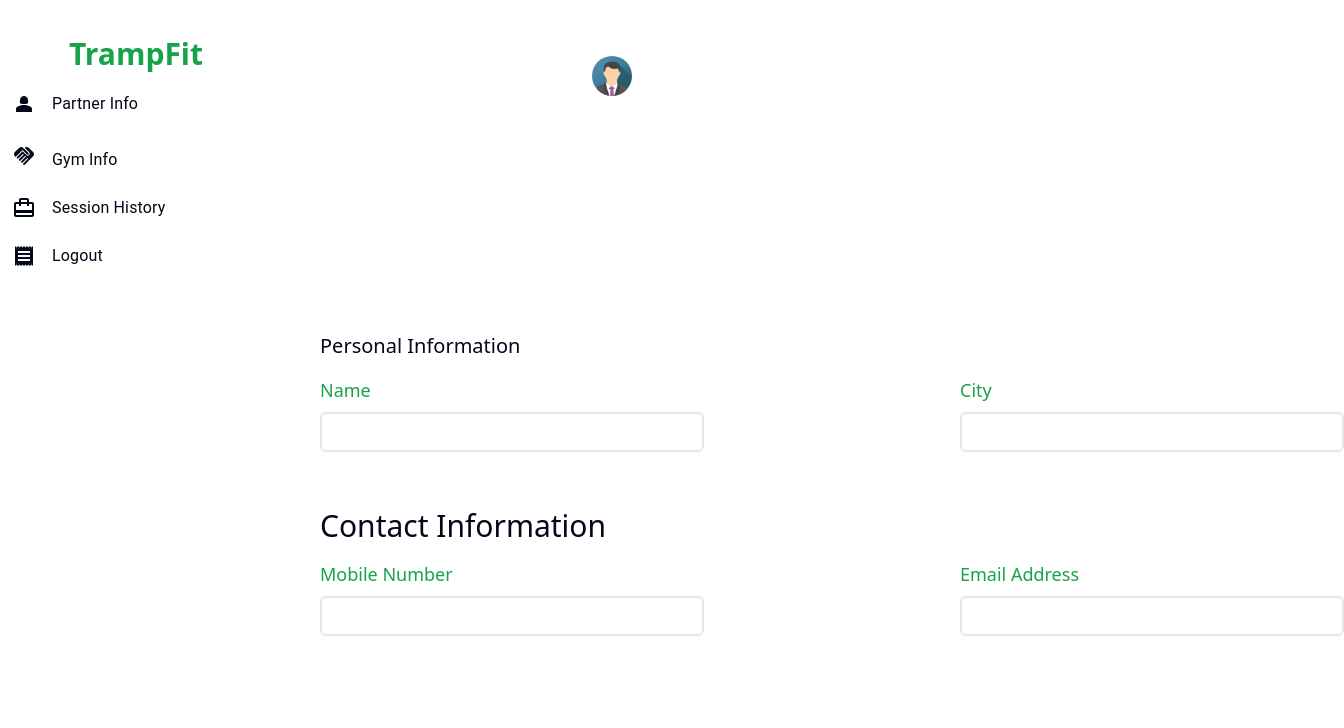
Repository: ezioxatul/TrampFit-Website
Page: /partner/partnerDashboard/partnerInfo (app in Frontend/)
An editor plug-in stored every save of this project. The page is shown before and after the next save, followed by the edit.
The browser window is 1280 px wide. The page is 1344 px wide, so the pictures cover 1344 px, including what lies to the right of the window. The pictures show the whole page.
The project was rebuilt for these pictures with package versions that can differ from the ones it lists, and the page was loaded fresh each time. The framework's server and built-in components were replaced by stand-ins that run in the browser. Also part of the build but not shown: Frontend/next.config.js, Frontend/next.config.mjs, Frontend/components/Loader.js, Frontend/components/Popup.js.

Above is the page before, as saved 2024-05-16 17:46:03.

### Frontend/pages/_app.js
import Loader from "@/components/Loader";
import "@/styles/globals.css";
import { useRouter } from "next/router";
import { useEffect, useState } from "react";


const Loading = () => {

  return (
    <Loader/>
  );
}

export default function App({ Component, pageProps }) {

  const [loading, setLoading] = useState(false);
  const router = useRouter();

  useEffect(() => {
    const handleStart = () => setLoading(true);
    const handleComplete = () => setLoading(false);

    router.events.on('routeChangeStart', handleStart);
    router.events.on('routeChangeComplete', handleComplete);
    router.events.on('routeChangeError', handleComplete);

    return () => {
      router.events.off('routeChangeStart', handleStart);
      router.events.off('routeChangeComplete', handleComplete);
      router.events.off('routeChangeError', handleComplete);
    };
  }, []);

  return (
    <>
    <div className="h-2">
      {
        loading  &&
          <Loading />

      }
      </div>
          <Component {...pageProps} />

    </>
  );
}

### Frontend/pages/_document.js
import { Html, Head, Main, NextScript } from "next/document";

export default function Document() {
  return (
    <Html lang="en">
          <Head />
          <body>
            <Main />
            <NextScript />
          </body>
        </Html>
        );
}

### Frontend/pages/partner/partnerDashboard/partnerInfo.js
import PartnerSideBar from "@/components/PartnerSideBar";
import { Avatar } from "@mui/material";
import { Input } from "@/components/ui/input";
import { Label } from "@/components/ui/label";
import { useEffect, useState } from "react";
import { useRouter } from "next/router";
import { ToastContainer, toast } from "react-toastify";

export default function partnerInfo() {
    const inputClassName = "w-96 text-lg border-2";
    const labelClassName = "text-lg text-green-600 font-normal";
    const containerClassName = "ml-80";

    return (
        <>
            <div className="flex flex-col min-h-screen">
                <div className="flex">
                    <PartnerSideBar />
                    <div className={`${containerClassName} mt-12 ml-8`}>
                        <Avatar className="w-36 h-36 text-6xl bg-black" src="/avtar.png" />
                    </div>
                </div>
                <div>
                    <h1 className={`${containerClassName} text-xl mb-4`}>Personal Information</h1>
                    <div className={`${containerClassName} flex mb-10`}>
                        <div className="mr-32 space-y-2">
                            <Label htmlFor="name" className={labelClassName}>
                                Name
                            </Label>
                            <Input type="text" className={inputClassName} />
                        </div>
                        <div className="ml-32 space-y-2">
                            <Label htmlFor="city" className={labelClassName}>
                                City
                            </Label>
                            <Input type="text" className={inputClassName} />
                        </div>
                    </div>
                </div>
                <div>
                    <h1 className={`${containerClassName} text-3xl mb-4 mt-4`}>Contact Information</h1>
                    <div className={`${containerClassName} flex mb-10`}>
                        <div className="mr-32 space-y-2">
                            <Label htmlFor="name" className={labelClassName}>
                                Mobile Number
                            </Label>
                            <Input type="text" className={inputClassName} />
                        </div>
                        <div className="ml-32 space-y-2 mb-10">
                            <Label htmlFor="city" className={labelClassName}>
                                Email Address
                            </Label>
                            <Input type="text" className={inputClassName} />
                        </div>
                        <ToastContainer />
                    </div>
                </div>
            </div>
        </>
    );
}

### Frontend/styles/globals.css
@tailwind base;
@tailwind components;
@tailwind utilities;


@layer base {
  :root {
    --background: 0 0% 100%;
    --foreground: 222.2 84% 4.9%;

    --card: 0 0% 100%;
    --card-foreground: 222.2 84% 4.9%;

    --popover: 0 0% 100%;
    --popover-foreground: 222.2 84% 4.9%;

    --primary: 222.2 47.4% 11.2%;
    --primary-foreground: 210 40% 98%;

    --secondary: 210 40% 96.1%;
    --secondary-foreground: 222.2 47.4% 11.2%;

    --muted: 210 40% 96.1%;
    --muted-foreground: 215.4 16.3% 46.9%;

    --accent: 210 40% 96.1%;
    --accent-foreground: 222.2 47.4% 11.2%;

    --destructive: 0 84.2% 60.2%;
    --destructive-foreground: 210 40% 98%;

    --border: 214.3 31.8% 91.4%;
    --input: 214.3 31.8% 91.4%;
    --ring: 222.2 84% 4.9%;

    --radius: 0.5rem;
  }

  .dark {
    --background: 222.2 84% 4.9%;
    --foreground: 210 40% 98%;

    --card: 222.2 84% 4.9%;
    --card-foreground: 210 40% 98%;

    --popover: 222.2 84% 4.9%;
    --popover-foreground: 210 40% 98%;

    --primary: 210 40% 98%;
    --primary-foreground: 222.2 47.4% 11.2%;

    --secondary: 217.2 32.6% 17.5%;
    --secondary-foreground: 210 40% 98%;

    --muted: 217.2 32.6% 17.5%;
    --muted-foreground: 215 20.2% 65.1%;

    --accent: 217.2 32.6% 17.5%;
    --accent-foreground: 210 40% 98%;

    --destructive: 0 62.8% 30.6%;
    --destructive-foreground: 210 40% 98%;

    --border: 217.2 32.6% 17.5%;
    --input: 217.2 32.6% 17.5%;
    --ring: 212.7 26.8% 83.9%;
  }
}

@layer base {
  * {
    @apply border-border;
  }
  body {
    @apply bg-background text-foreground;
  }
}


.outline_remove:focus{


}
.focus-visible\:ring-offset-2:focus-visible{
  border:none !important;
  outline: none !important;
  border-style: none;
}

### Frontend/components/PartnerSideBar.js
import List from '@mui/material/List';
import ListItemButton from '@mui/material/ListItemButton';
import ListItemText from '@mui/material/ListItemText';
import Person2Icon from '@mui/icons-material/Person2';
import HandshakeIcon from '@mui/icons-material/Handshake';
import CardTravelIcon from '@mui/icons-material/CardTravel';
import ReceiptIcon from '@mui/icons-material/Receipt';
import LogoutIcon from '@mui/icons-material/Logout';

import { useState } from 'react';
import Link from 'next/link';
import Popup from './Popup';
import { useRouter } from 'next/router';

export default function PartnerSideBar() {

    let SideBarHeading = ['Partner Info', 'Gym Info', 'Session History', 'Logout'];

    let router = useRouter();
    let [start, setStart] = useState(false);

    const logout = () => {
        setStart(!start);
    }


    const logoutEvent = () => {
        localStorage.removeItem('partnerToken');
        setStart(false);
        router.push('/partner/partnerLogin')
    }
    return (
        <>
            <div className=" w-72  m-[-8px] p-1  mb-10">
                <Link href="#"><h1 className=' text-green-600 text-3xl font-semibold text-center mt-8 cursor-pointer'>TrampFit</h1></Link>

                <List className='bg-white mt-8 ml-6 space-y-2'>
                    {
                        SideBarHeading.map((text, index) => {
                            return (
                                index === 1 ?
                                    <>

                                        <ListItemButton className=' space-x-4 flex justify-between hover:bg-green-100 hover:rounded-2xl hover:text-green-600'>
                                            <Link href="#" className='flex space-x-4 '>
                                                <HandshakeIcon className='text-2xl' />
                                                <ListItemText primary={text} />
                                            </Link>
                                        </ListItemButton>

                                    </> :
                                    index === 0 ?
                                        <Link href="#">
                                            <ListItemButton className=' space-x-4 hover:bg-green-100 hover:rounded-2xl hover:text-green-600'>
                                                <Person2Icon className='text-2xl' />
                                                <ListItemText primary={text} />
                                            </ListItemButton>
                                        </Link> :
                                        index === 2 ?
                                            <Link href="#">
                                                <ListItemButton className=' space-x-4 hover:bg-green-100 hover:rounded-2xl hover:text-green-600'>
                                                    <CardTravelIcon className='text-2xl' />
                                                    <ListItemText primary={text} />
                                                </ListItemButton>
                                            </Link> :
                                            index === 3 ?
                                                <Link href="#">
                                                    <ListItemButton className=' space-x-4 hover:bg-green-100 hover:rounded-2xl hover:text-green-600'>
                                                        <ReceiptIcon className='text-2xl' />
                                                        <ListItemText primary={text} />
                                                    </ListItemButton>
                                                </Link> :
                                                <ListItemButton className=' space-x-4 hover:bg-green-100 hover:rounded-2xl hover:text-green-600' onClick={logout}>
                                                    <LogoutIcon className='text-2xl' />
                                                    <ListItemText primary={text} />
                                                    <Popup open={start} title={"Do you Really want to Logout?"} cancel="Cancel" logout="Logout" logoutEvent={logoutEvent} cancelEvent={logout} />
                                                </ListItemButton>
                            )
                        })
                    }
                </List>
            </div>
        </>
    );
}

### Frontend/tailwind.config.js
/** @type {import('tailwindcss').Config} */
module.exports = {
  darkMode: ["class"],
  content: [
    './pages/**/*.{js,jsx}',
    './components/**/*.{js,jsx}',
    './app/**/*.{js,jsx}',
    './src/**/*.{js,jsx}',
  ],
  prefix: "",
  theme: {
    container: {
      center: true,
      padding: "2rem",
      screens: {
        "2xl": "1400px",
      },
    },
    extend: {fontFamily: {
      play: ["Play", "sans-serif"],
    },
      colors: {
        border: "hsl(var(--border))",
        input: "hsl(var(--input))",
        ring: "hsl(var(--ring))",
        background: "hsl(var(--background))",
        foreground: "hsl(var(--foreground))",
        primary: {
          DEFAULT: "hsl(var(--primary))",
          foreground: "hsl(var(--primary-foreground))",
        },
        secondary: {
          DEFAULT: "hsl(var(--secondary))",
          foreground: "hsl(var(--secondary-foreground))",
        },
        destructive: {
          DEFAULT: "hsl(var(--destructive))",
          foreground: "hsl(var(--destructive-foreground))",
        },
        muted: {
          DEFAULT: "hsl(var(--muted))",
          foreground: "hsl(var(--muted-foreground))",
        },
        accent: {
          DEFAULT: "hsl(var(--accent))",
          foreground: "hsl(var(--accent-foreground))",
        },
        popover: {
          DEFAULT: "hsl(var(--popover))",
          foreground: "hsl(var(--popover-foreground))",
        },
        card: {
          DEFAULT: "hsl(var(--card))",
          foreground: "hsl(var(--card-foreground))",
        },
      },
      borderRadius: {
        lg: "var(--radius)",
        md: "calc(var(--radius) - 2px)",
        sm: "calc(var(--radius) - 4px)",
      },
      keyframes: {
        "accordion-down": {
          from: { height: "0" },
          to: { height: "var(--radix-accordion-content-height)" },
        },
        "accordion-up": {
          from: { height: "var(--radix-accordion-content-height)" },
          to: { height: "0" },
        },
      },
      animation: {
        "accordion-down": "accordion-down 0.2s ease-out",
        "accordion-up": "accordion-up 0.2s ease-out",
      },
    },
  },
  plugins: [require("tailwindcss-animate")],
}

Loaded but not shown: Frontend/components/ui/input.jsx (common file); Frontend/components/ui/label.jsx (common file); Frontend/lib/utils.js (common file)

After the next save:
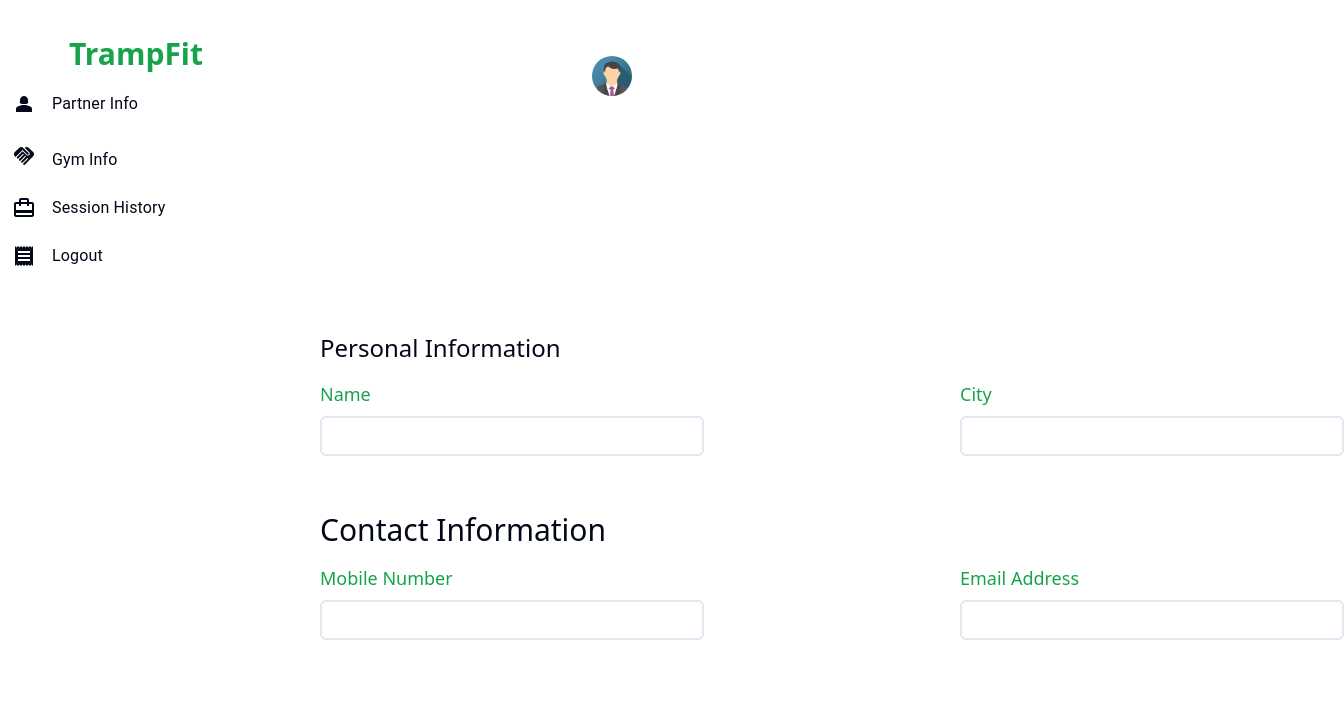
Saved 17 s later.
--- a/Frontend/pages/partner/partnerDashboard/partnerInfo.js
+++ b/Frontend/pages/partner/partnerDashboard/partnerInfo.js
@@ -21,7 +21,7 @@ export default function partnerInfo() {
                     </div>
                 </div>
                 <div>
-                    <h1 className={`${containerClassName} text-xl mb-4`}>Personal Information</h1>
+                    <h1 className={`${containerClassName} text-2xl mb-4`}>Personal Information</h1>
                     <div className={`${containerClassName} flex mb-10`}>
                         <div className="mr-32 space-y-2">
                             <Label htmlFor="name" className={labelClassName}>
